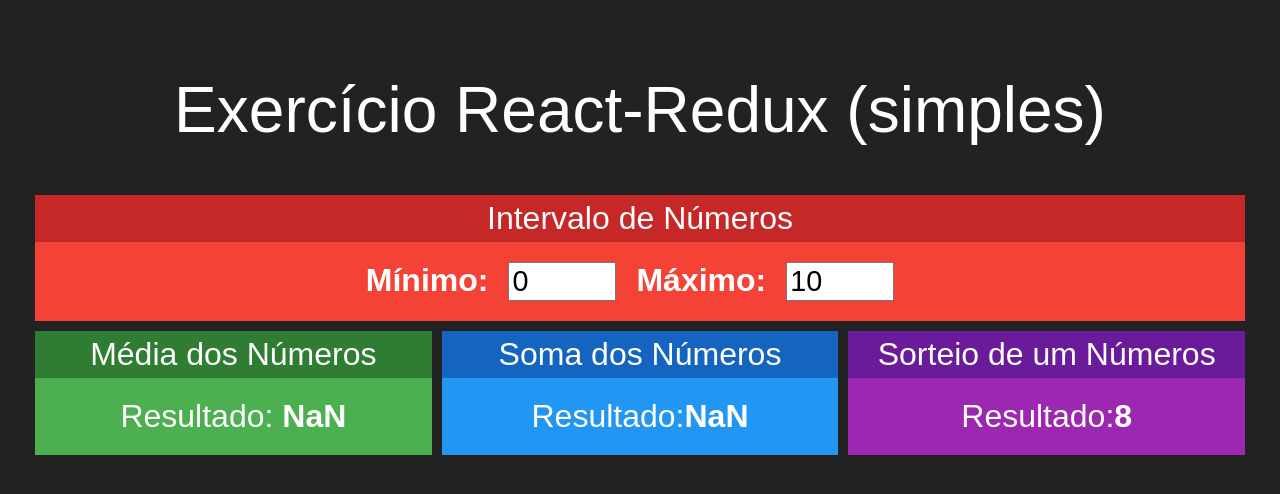
Repository: Henrique-Franca/Clear-Redux-Simples
Page: /
The author's editor kept a copy of each file at every save. The page is drawn from the files as they stood at one save, then again after the next save.
The browser window is 1280 px wide. The pictures show the whole page.
The project was rebuilt for these pictures with package versions that can differ from the ones it lists, and the page was loaded fresh each time.

Above is the page before, as saved 2022-11-22 08:28:59.

### src/index.css
body{
  background-color: #222;
  font-size: 2rem;
  font-family: Arial, Helvetica, sans-serif;
  color: #fff;
  margin: 30px;
}

### src/App.js
import './App.css';
import React, {useState} from 'react';

import Intervalo from './components/Intervalo';
import Media from './components/Media';
import Soma from './components/Soma';
import Sorteio from './components/Sorteio';

function App() {

  const [min, setMin] = useState(1)
  const [max, setMax] = useState(10)

  return (
    <div className="App">
      <h1>Exercício React-Redux (simples)</h1>

      <div className='linha'>
        <Intervalo ></Intervalo>
      </div>
      <div className='linha'>
        <Media minimo={min} maximo={max}></Media>
        <Soma minimo={min} maximo={max}></Soma>
        <Sorteio minimo={min} maximo={max}></Sorteio>
      </div>
    </div>
  );
}

export default App;

### src/components/Intervalo.jsx
import './Intervalo.css'
import React from 'react'

import Card from './Card'

export default props =>{

    return (
        <Card title='Intervalo de Números' red>
            <div className="Intervalo">
                <span>
                    <strong>Mínimo:</strong>
                    <input type="number" value={0} readOnly/>
                </span>
                <span>
                    <strong>Máximo:</strong>
                    <input type="number" value={10} readOnly/>
                </span>
            </div>

        </Card>
    )

}

### src/components/Media.jsx
import React from 'react'

import Card from './Card'

export default props =>{
    const { min, max } = props;
  console.log(props)
  return (
    <Card title="Média dos Números" green>
      <div>
        <span>
          <span>Resultado: </span>
          <strong>{(max + min) / 2}</strong>
        </span>
      </div>
    </Card>
    )

}

### src/components/Soma.jsx
import React from 'react'

import Card from './Card'

export default props =>{
    const {min, max} = props

    return (
        <Card title='Soma dos Números' blue>

            <div >
                <span>
                    <span>Resultado:</span>
                    <strong>{max + min}</strong>
                </span>

            </div>

        </Card>
    )

}

### src/components/Sorteio.jsx
import React from 'react'

import Card from './Card'

export default props =>{

    return (
        <Card title='Sorteio de um Números' purple>

            <div >
                <span>
                    <span>Resultado:</span>
                    <strong>8</strong>
                </span>

            </div>

        </Card>
    )

}

### src/components/Intervalo.css
.Intervalo input{
    font-size: 1.8rem;
    margin-left: 20px;
    margin-right: 20px;
    width: 100px;
}

### src/components/Card.jsx
import './Card.css'
import React from 'react'

function getColor(props){
    if(props.red) return "Red"
    if(props.blue) return "Blue"
    if(props.green) return "Green"
    if(props.purple) return "Purple"
    return ""
}

export default props=>{

    return (
        <div className={`Card ${getColor(props)}`}>

            <div className="Header">
                <span className='Title'>{props.title}</span>
            </div>
            <div className='Content'>
                {props.children}
            </div>

        </div>
    )

}

### src/components/Card.css
.Card {
    flex: 1;
    display: flex;
    flex-direction: column;
    margin: 5px;
}

.Card .Header {
    display: flex;
    justify-content: center;
}

.Card .Header .Title {
    flex: 1;
    padding: 5px;
}

.Card .Content {
    padding: 20px;
}

.Card.Red .Header { color: #FFF; background-color: #c62828; }
.Card.Red .Content { background-color: #f44336; }

.Card.Green .Header { color: #FFF; background-color: #2e7d32; }
.Card.Green .Content { background-color: #4caf50; }

.Card.Blue .Header { color: #FFF; background-color: #1565c0; }
.Card.Blue .Content { background-color: #2196f3; }

.Card.Purple .Header { color: #FFF; background-color: #6A1B9A; }
.Card.Purple .Content { background-color: #9c27b0; }

Loaded but not shown: public/index.html (common file); src/index.js (common file); src/reportWebVitals.js (common file); src/App.css (common file)

After the next save:
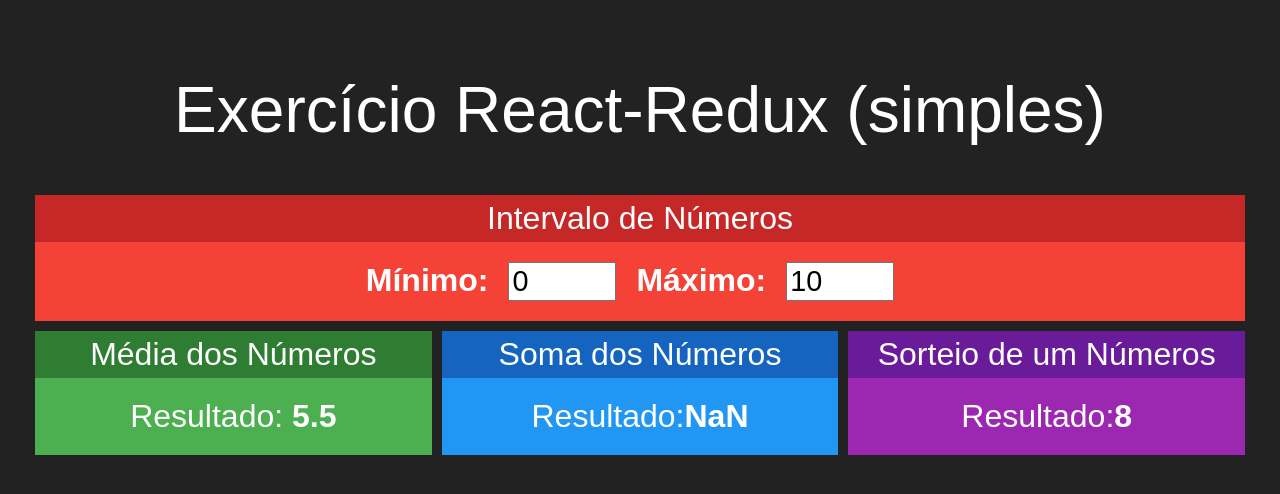
Saved 67 s later.
--- a/src/App.js
+++ b/src/App.js
@@ -19,7 +19,7 @@ function App() {
         <Intervalo ></Intervalo>
       </div>
       <div className='linha'>
-        <Media minimo={min} maximo={max}></Media>
+        <Media min={min} max={max}></Media>
         <Soma minimo={min} maximo={max}></Soma>
         <Sorteio minimo={min} maximo={max}></Sorteio>
       </div>
